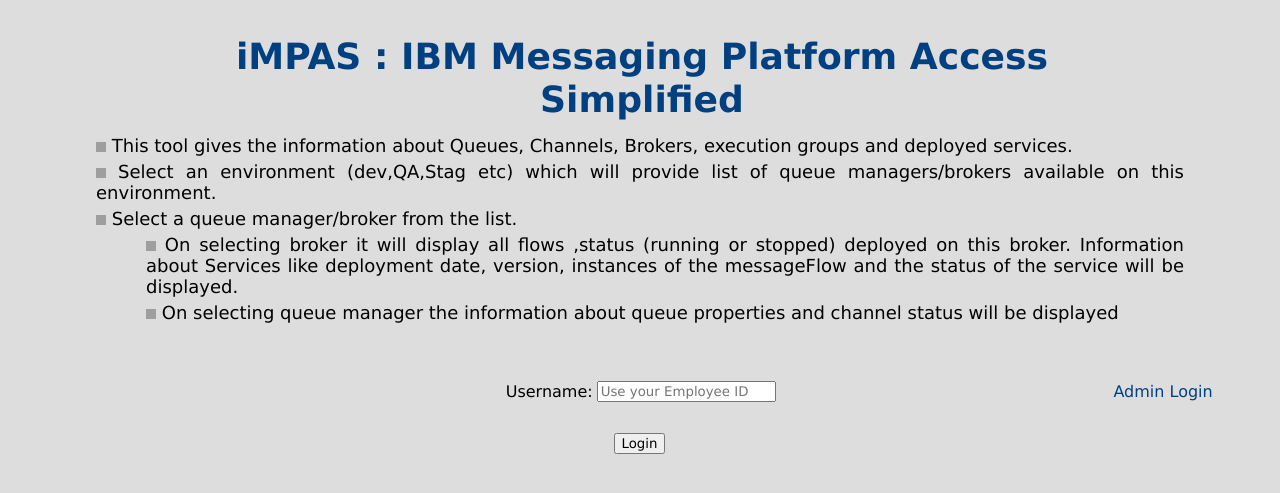
Repository: aarjavshah/ArjavProjects
Page: http://localhost/QmMonitor/Login.jsp
An editor plug-in stored every save of this project. The page is shown before and after the next save, followed by the edit.
The browser window is 1280 px wide. The pictures show the whole page.
Pictures or frames that could not be fetched are drawn as grey boxes. The page is served by Tomcat 9.

Above is the page before, as saved 2017-02-14 05:16:06.

After the next save:
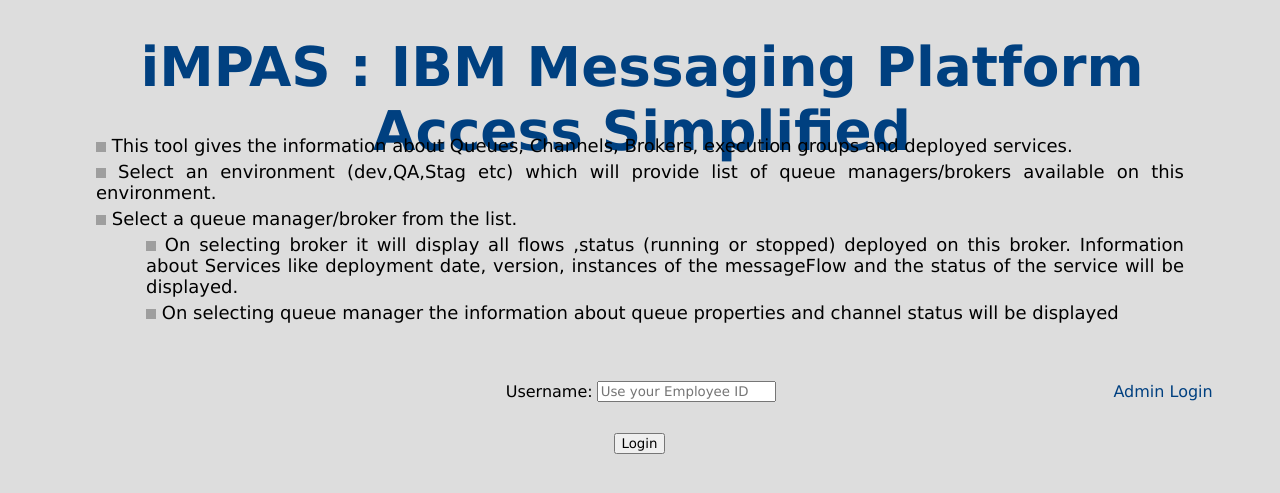
Saved 15 s later.
--- a/Java/iMpass/QmMonitor/WebContent/Login.jsp
+++ b/Java/iMpass/QmMonitor/WebContent/Login.jsp
@@ -48,7 +48,7 @@
 		response.sendRedirect("Home.jsp");
 	}
 }	%>
-<div id="header">iMPAS : IBM Messaging Platform Access Simplified</div>
+<div id="header2">iMPAS : IBM Messaging Platform Access Simplified</div>
 <div id="desc">
 <p>
 	<div id="textbox"><img src="Bullet.png" height="10px" width="10px">
